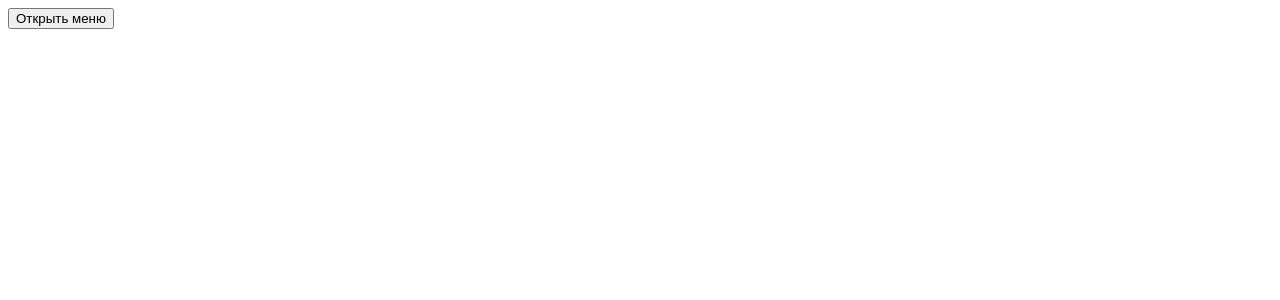
Repository: igorkrs/1076625-sedona-17
Page: source/index.html
These files come from the project's save history. The page is drawn as it stood at one moment and after the next save; the edit follows.
The browser window is 1280 px wide. The pictures show the whole page.

Above is the page before, as saved 2019-07-29 17:55:06.

After the next save:
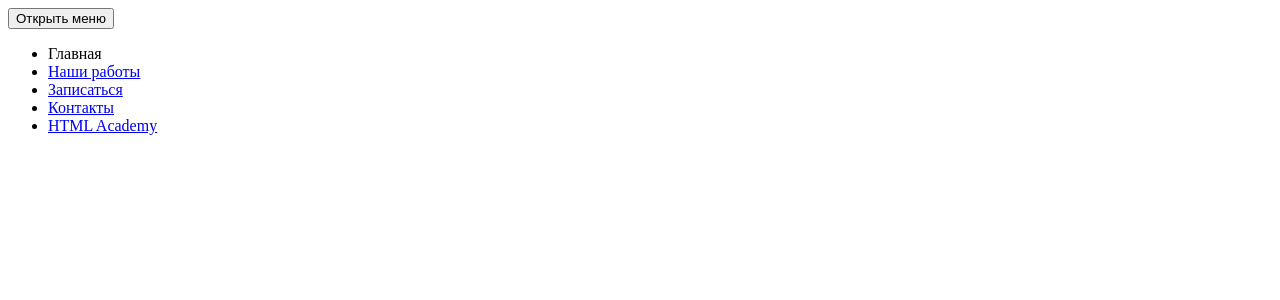
Saved 47 s later.
--- a/source/index.html
+++ b/source/index.html
@@ -10,6 +10,24 @@
   <header class="page-header">
     <nav class="main-nav">
       <button class="main-nav__toggle" type="button">Открыть меню</button>
+      <div class="main-nav__wrapper">
+        <ul class="main-nav__list site-list">
+          <li class="site-list__item site-list__item--active">
+            <a>Главная</a>
+          </li>
+          <li class="site-list__item">
+            <a href="photo.html">Наши работы</a>
+          </li>
+          <li class="site-list__item">
+            <a href="form.html">Записаться</a>
+          </li>
+          <li class="site-list__item">
+            <a href="#">Контакты</a>
+          </li>
+          <li class="site-list__item">
+            <a href="#">HTML Academy</a>
+          </li>
+        </ul>
     </nav>
   </header>
 </body>
